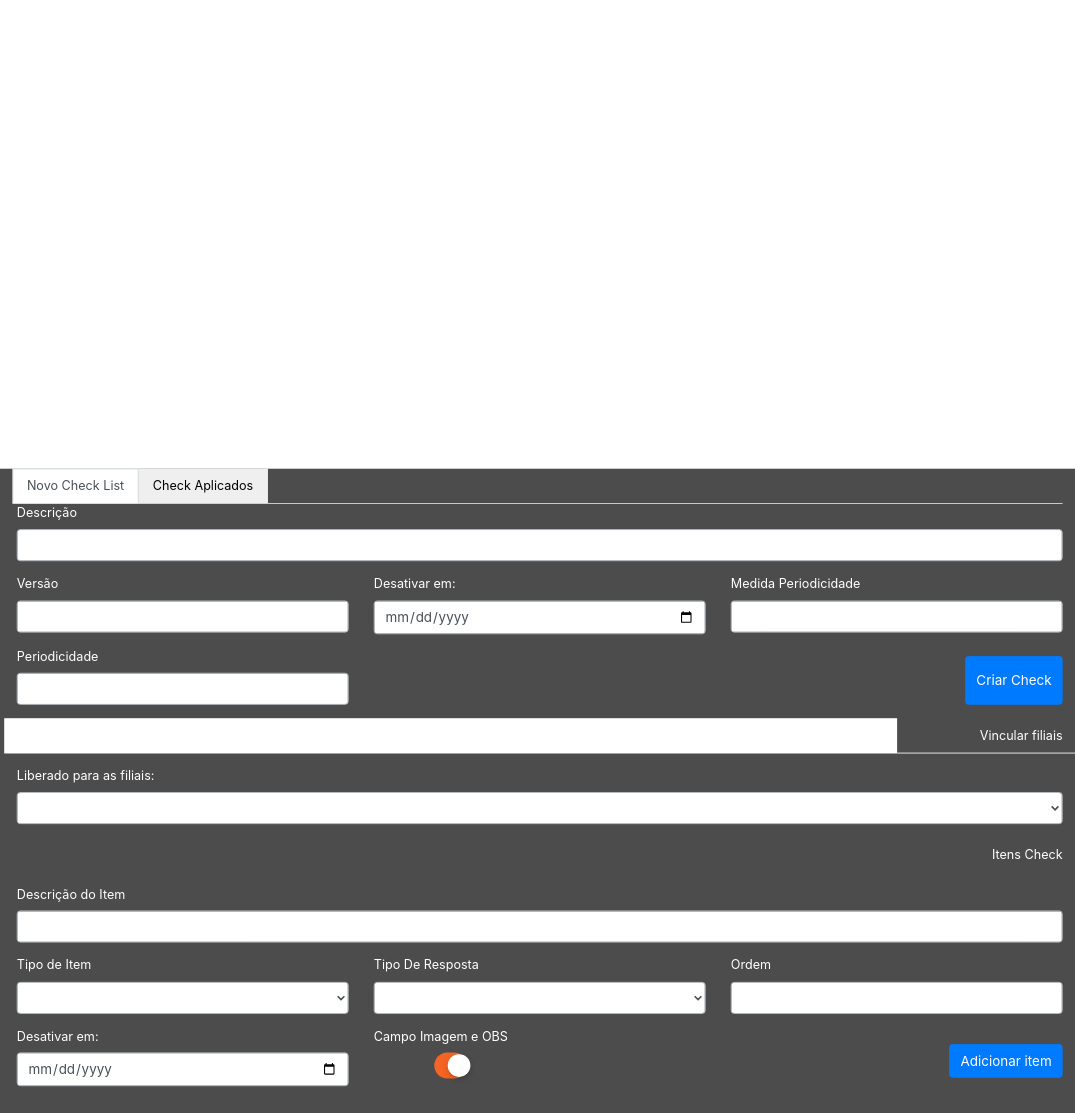
Repository: Conlog-SA/portal_operacional
Page: apps/safety_layout_checklist_app/templates/safety_layout_checklist_app/form_cad_layout_checklist.html
An editor plug-in stored every save of this project. The page is shown before and after the next save, followed by the edit.
The browser window is 1280 px wide. The pictures show the whole page, at 84% of full size.
The template is drawn by Django 3.2. The application's start-up code is not run. The template is opened directly, without the code that normally fills it, so the values that code supplies are empty.

Above is the page before, as saved 2023-11-16 16:12:40.

After the next save:
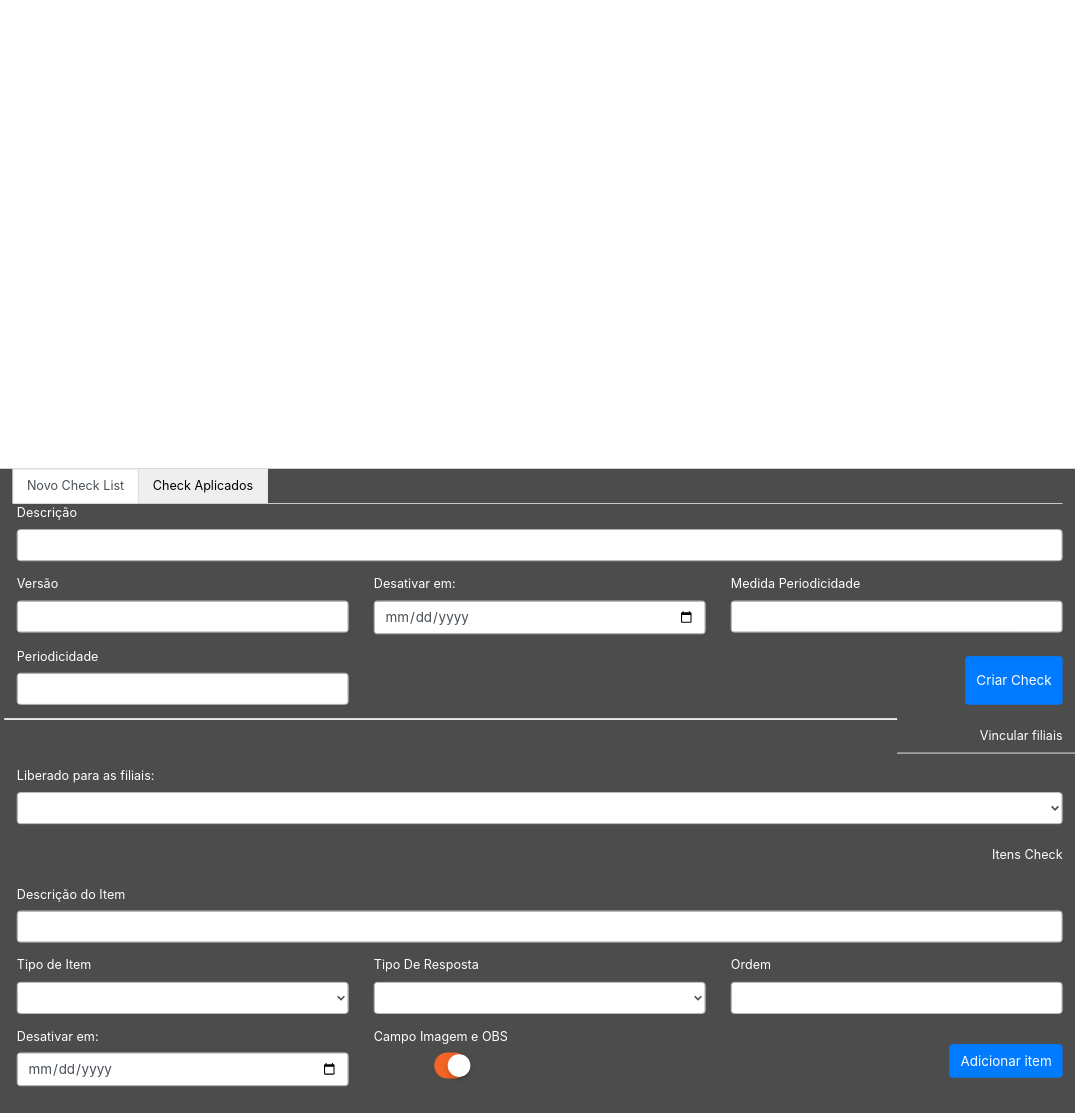
Saved 101 s later.
--- a/apps/safety_layout_checklist_app/templates/safety_layout_checklist_app/form_cad_layout_checklist.html
+++ b/apps/safety_layout_checklist_app/templates/safety_layout_checklist_app/form_cad_layout_checklist.html
@@ -65,7 +65,7 @@
                              <div class="form-group col-sm-8 w-15 d-flex justify-content-end" style="margin-top:10px">
                                 <button type="button" class="btn btn-primary btn-form" id="btn_new_check" name="btn_new_check"> Criar Check </button>
                              </div>
-                             <div class="form-group d-flex col-sm-10" style="background-color:white;">
+                             <div class="form-group d-flex col-sm-10" style="background-color:white; height:2px;">
                              </div>
                              <div class="form-group col-sm-2 d-flex justify-content-end divider">
                                 <label>Vincular filiais</label>
